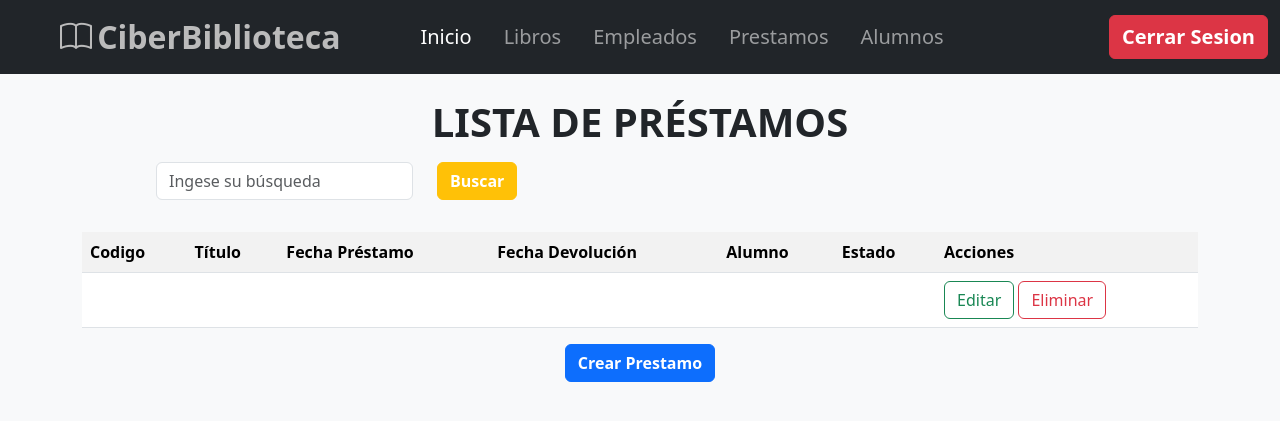
Repository: WilmerOcampo/LP1_Biblioteca
Page: http://localhost/Proyecto/listaPrestamos.jsp
The author's editor kept a copy of each file at every save. The page is drawn from the files as they stood at one save, then again after the next save.
The browser window is 1280 px wide. The pictures show the whole page.
The page is served by Tomcat 10. Other server files are loaded and not shown.

Above is the page before, as saved 2023-05-31 17:23:41.

### Proyecto/src/main/webapp/listaPrestamos.jsp
<%@ page language="java" contentType="text/html; charset=ISO-8859-1"
    pageEncoding="ISO-8859-1"%>
<!DOCTYPE html>
<html>
<head>
<meta charset="ISO-8859-1">
<title>Préstamos</title>
<link href="https://cdn.jsdelivr.net/npm/bootstrap@5.3.0-alpha3/dist/css/bootstrap.min.css" rel="stylesheet"
    integrity="sha384-KK94CHFLLe+nY2dmCWGMq91rCGa5gtU4mk92HdvYe+M/SXH301p5ILy+dN9+nJOZ" crossorigin="anonymous">
<link rel="stylesheet" href="https://cdn.jsdelivr.net/npm/bootstrap-icons@1.8.1/font/bootstrap-icons.css">
</head>

<body class="bg-light">

    <!-- Inicio del menu -->
      <nav class="navbar navbar-expand-md navbar-dark bg-dark">
        <div class="container-fluid">

        <!-- icono o nombre -->
        <a class="navbar-brand" href="#" style="padding-left: 3rem; padding-right: 3rem;">
            <i class="bi bi-book" style="font-size: 2rem; color:#bbb"></i>
            <span style="font-size: 2rem; color:#bbb"><b>CiberBiblioteca</b></span>
          </a>

        <!-- boton del menu -->
        <button class="navbar-toggler" type="button" data-bs-toggle="collapse" data-bs-target="#menu" aria-controls="navbarSupportedContent" aria-expanded="false" aria-label="Toggle navigation">
            <span class="navbar-toggler-icon"></span>
        </button>

          <!-- elementos del menu colapsable -->
        <div class="collapse navbar-collapse" id="menu">
            <ul class="navbar-nav me-auto" style="font-size: 20px">
                  <li class="nav-item" style="margin:0 0.5rem">
                    <a class="nav-link active" aria-current="page" href="index.jsp">Inicio</a>
                  </li>
                  <li class="nav-item" style="margin:0 0.5rem">
                    <a class="nav-link" href="listaLibros.jsp">Libros</a>
                  </li>
                  <li class="nav-item" style="margin:0 0.5rem">
                    <a class="nav-link" href="listaEmpleados.jsp">Empleados</a>
                  </li>
                  <li class="nav-item" style="margin:0 0.5rem">
                    <a class="nav-link" href="listaPrestamos.jsp">Prestamos</a>
                  </li>
                  <li class="nav-item" style="margin:0 0.5rem">
                    <a class="nav-link" href="listaAlumnos.jsp">Alumnos</a>
                  </li>
                 </ul>

          <hr class="d-md-none text-white-50">

         <!--boton Informacion -->
          <form class="d-flex">
            <button class="btn btn-danger d-none d-md-inline-block " type="submit" style="font-size: 20px; font-weight:600"><a href="login.jsp" style="text-decoration: none; color: #fff">Cerrar Sesion</a></button>
          </form>
        </div>
        </div>
      </nav>

	<br>
    <h1 class="d-flex justify-content-center" style="text-transform: uppercase;"><strong>Lista de Préstamos</strong></h1>

    <nav class="navbar">
        <div class="container-fluid">
            <form class="d-flex" role="search" style="margin-left: 9rem">
                <input class="form-control me-4" type="search" placeholder="Ingese su búsqueda" aria-label="Search">
                <button class="btn btn-warning" type="submit" style="color: #fff; font-weight:600">Buscar</button>
            </form>
        </div>
    </nav><br>

    <div class="container">

        <table class="table table-striped">
            <tr>
                <th scope="col">Codigo</th>
                <th scope="col">Título</th>
                <th scope="col">Fecha Préstamo</th>
                <th scope="col">Fecha Devolución</th>
                <th scope="col">Alumno</th>
                <th scope="col">Estado</th>
                <th scope="col">Acciones</th>
            </tr>

            <tr>
                <th></th>
                <td></td>
                <td></td>
                <td></td>
                <td></td>
                <td></td>
                <td><a class="btn btn-outline-success" href="">Editar</a>
                    <a class="btn btn-outline-danger" href="#" onclick="confirmarEliminacion()">Eliminar</a>
                </td>
            </tr>
        </table>

        <div class="d-flex justify-content-center">
            <input class="btn btn-primary" type="button" value="Crear Prestamo" style="color: #fff; font-weight:600"
                onclick="window.location.href='registrarPrestamo.jsp'">
        </div>

    </div>

    <script src="https://cdn.jsdelivr.net/npm/bootstrap@5.3.0-alpha3/dist/js/bootstrap.bundle.min.js"
        integrity="sha384-ENjdO4Dr2bkBIFxQpeoTz1HIcje39Wm4jDKdf19U8gI4ddQ3GYNS7NTKfAdVQSZe"
        crossorigin="anonymous"></script>

<script>
	function confirmarEliminacion(codigo) {
		if (confirm("¿Estás seguro de que deseas eliminar este registro?")) {
			window.location.href = "ControladorClientes?instruccion=eliminar&codigo=" + codigo;
		}
	}
</script>

</body>
</html>

After the next save:
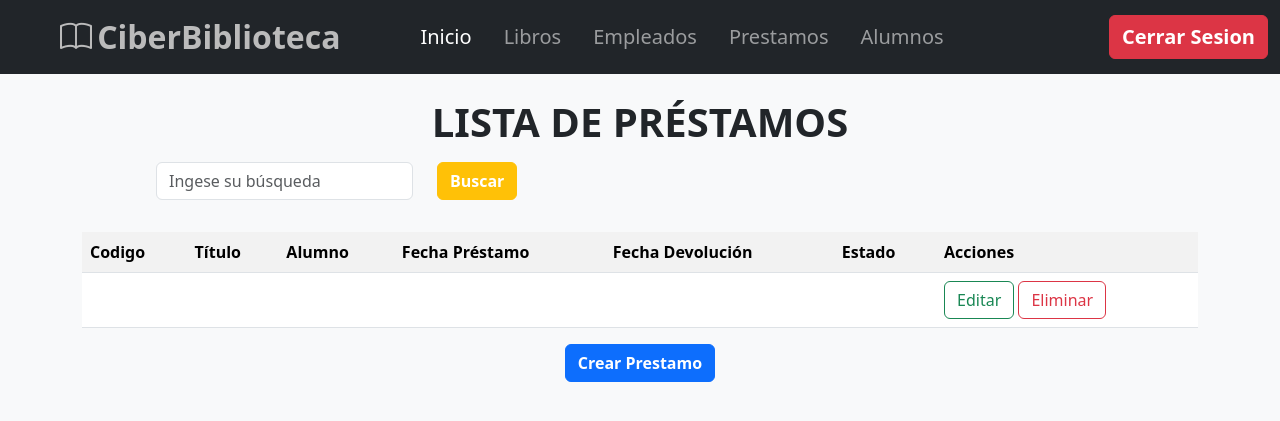
Saved 37 s later.
--- a/Proyecto/src/main/webapp/listaPrestamos.jsp
+++ b/Proyecto/src/main/webapp/listaPrestamos.jsp
@@ -75,9 +75,9 @@
             <tr>
                 <th scope="col">Codigo</th>
                 <th scope="col">Título</th>
+                <th scope="col">Alumno</th>
                 <th scope="col">Fecha Préstamo</th>
                 <th scope="col">Fecha Devolución</th>
-                <th scope="col">Alumno</th>
                 <th scope="col">Estado</th>
                 <th scope="col">Acciones</th>
             </tr>
